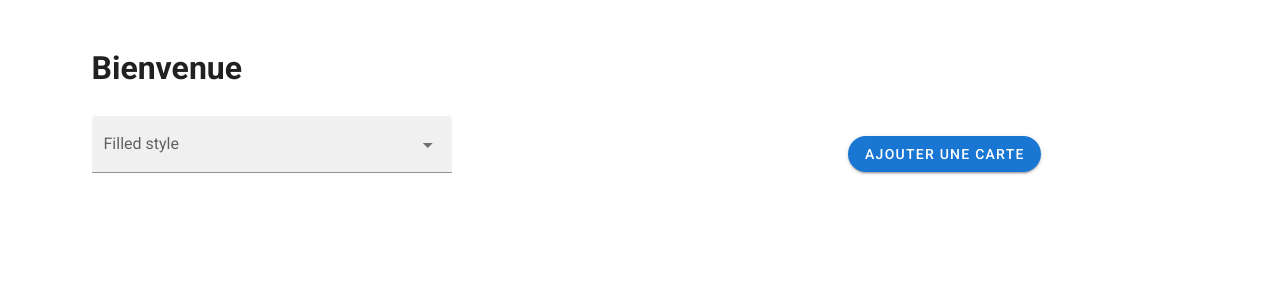
Repository: SidneyHodieb/myc
Page: /
The author's editor kept a copy of each file at every save. The page is drawn from the files as they stood at one save, then again after a run of saves.
The browser window is 1280 px wide. The pictures show the whole page.
The project was rebuilt for these pictures with package versions that can differ from the ones it lists, and the page was loaded fresh each time. Also part of the build but not shown: vue.config.js.

Above is the page before, as saved 2021-04-01 23:17:14.

### src/App.vue
<template>
  <v-app>
    <v-main>
      <router-view></router-view>
    </v-main>
  </v-app>
</template>

<script>

export default {
  name: 'App',
  data: () => ({
    //
  }),
};
</script>

### src/views/Home.vue
<template>
  <v-container>
    <v-row class="mt-5 ml-5">
      <v-col cols="12" sm="12">
        <h1>Bienvenue</h1>
      </v-col>
      <v-col class="d-flex" sm="4">
        <v-select :items="items" filled label="Filled style"></v-select>
      </v-col>
     <v-col offset-md="2" sm="6" style="margin-top:20px">
      <div class="text-center">
        <v-btn rounded color="primary" dark offset-md="8">
          Ajouter une carte
        </v-btn>
      </div>
      </v-col>
    </v-row>
  </v-container>
</template>

<script>
// @ is an alias to /src

export default {
  components: {},
};
</script>

Loaded but not shown: public/index.html (common file); src/main.js (common file); src/router/index.js (common file); src/store/index.js (common file); src/plugins/vuetify.js (common file)

After the next 2 saves:
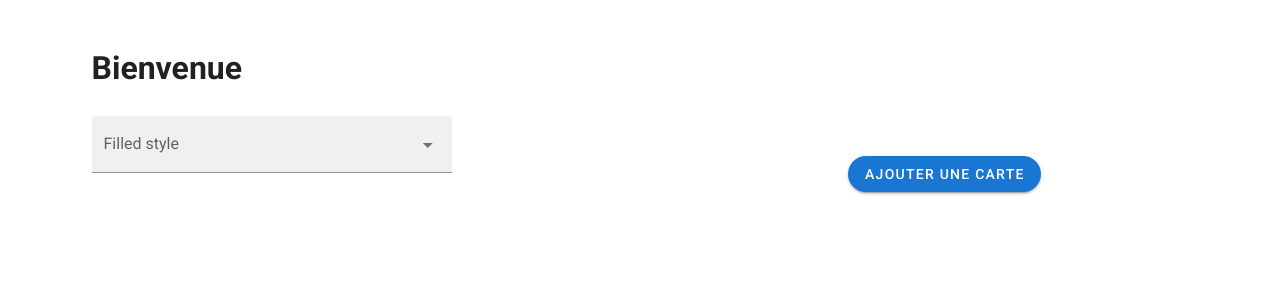
The 2 saves are shown as one change because they came seconds apart.
The last was saved 8 s later.
--- a/src/views/Home.vue
+++ b/src/views/Home.vue
@@ -7,7 +7,7 @@
       <v-col class="d-flex" sm="4">
         <v-select :items="items" filled label="Filled style"></v-select>
       </v-col>
-     <v-col offset-md="2" sm="6" style="margin-top:20px">
+     <v-col offset-md="2" sm="6" style="margin-top:40px">
       <div class="text-center">
         <v-btn rounded color="primary" dark offset-md="8">
           Ajouter une carte
